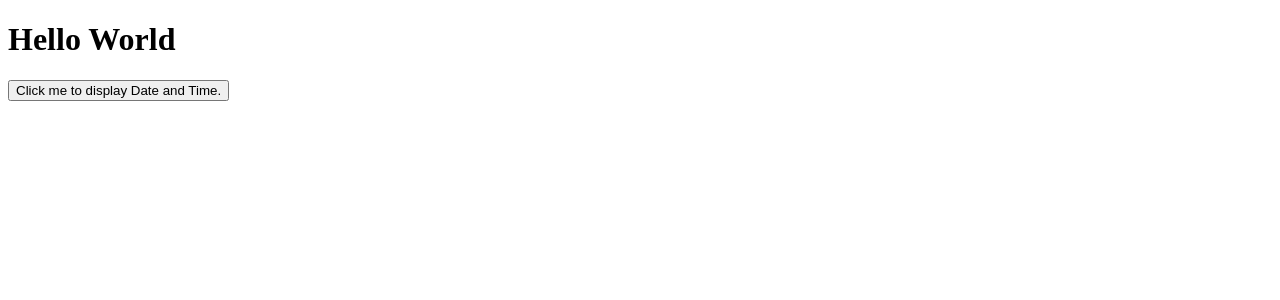
Repository: phunobi1807/quadraticEquation2
Page: index.html
An editor plug-in stored every save of this project. The page is shown before and after the next save, followed by the edit.
The browser window is 1280 px wide. The pictures show the whole page.

Above is the page before, as saved 2022-07-20 11:01:40.

### index.html
<!DOCTYPE html>
<html lang="en">
<head>
    <meta charset="UTF-8">
    <meta http-equiv="X-UA-Compatible" content="IE=edge">
    <meta name="viewport" content="width=device-width, initial-scale=1.0">
    <title>Document</title>
    <script src="./myjs.js"></script>
    <link rel="stylesheet" href="./styles.css">
</head>
<body>
    <h1>Hello World</h1>
    <button type="button" onclick="document.getElementById('demo').innerHTML = Date()">
        Click me to display Date and Time.</button>
        <p id="demo"></p>

</body>
</html>

Loaded but not shown: myjs.js (no copy from this time; the picture is the same without it); styles.css (no copy from this time; the picture is the same without it)

After the next save:
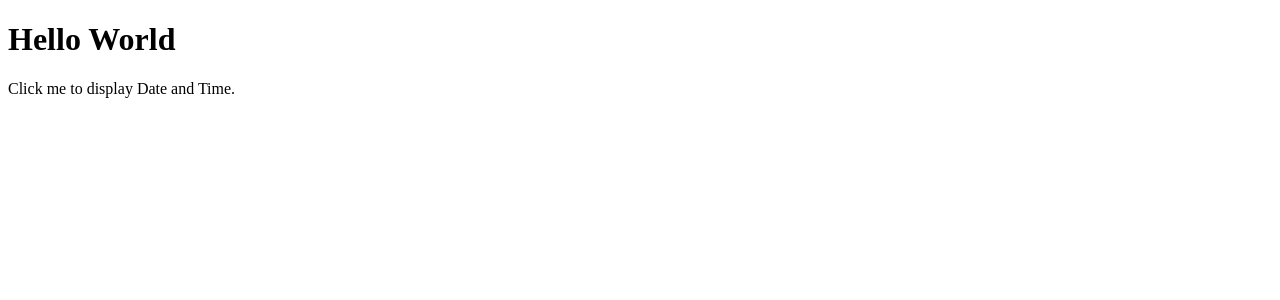
Saved 2 min 41 s later.
--- a/index.html
+++ b/index.html
@@ -10,8 +10,8 @@
 </head>
 <body>
     <h1>Hello World</h1>
-    <button type="button" onclick="document.getElementById('demo').innerHTML = Date()">
-        Click me to display Date and Time.</button>
+    <p type="button" onclick="document.getElementById('demo').innerHTML = Date()">
+        Click me to display Date and Time.</ơ>
         <p id="demo"></p>
 
 </body>

After the 3 saves that followed:
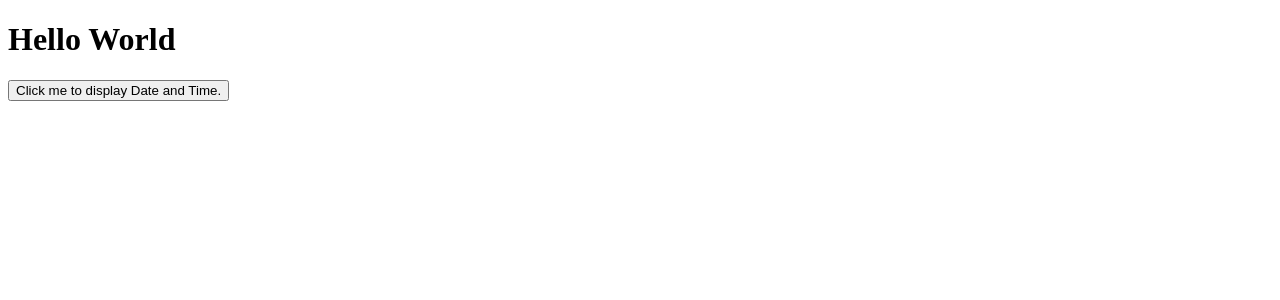
The 3 saves are shown as one change because 2 left the picture as it was.
The last was saved 4 min 59 s later.
--- a/index.html
+++ b/index.html
@@ -10,9 +10,9 @@
 </head>
 <body>
     <h1>Hello World</h1>
-    <p type="button" onclick="document.getElementById('demo').innerHTML = Date()">
-        Click me to display Date and Time.</ơ>
-        <p id="demo"></p>
+
+        <p id="demo"><button type="button" onclick="document.getElementById('demo').innerHTML = Date()">
+            Click me to display Date and Time.</button></p>
 
 </body>
 </html>
